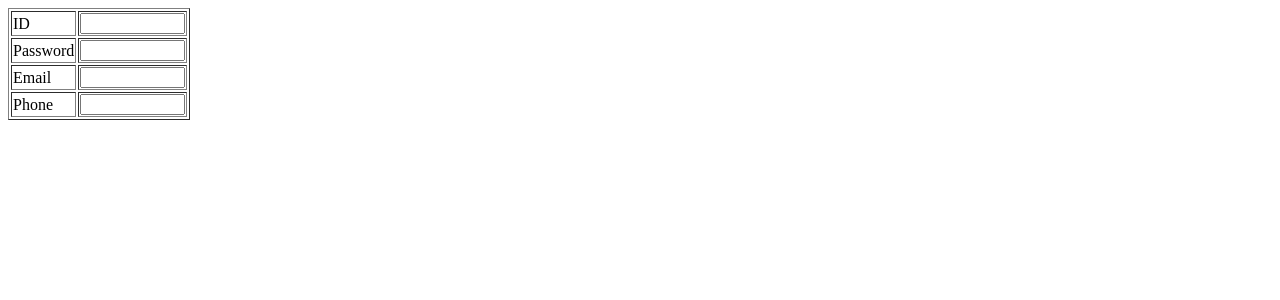
Repository: GoodPineApple/MulcamSpringWorkspace
Page: http://localhost/SpringDay13_MVC/join_form.jsp
These files come from the project's save history. The page is drawn as it stood at one moment and after the next save; the edit follows.
The browser window is 1280 px wide. The pictures show the whole page.
The page is served by Tomcat 9. Nobody is signed in. The application's start-up code is not run.

Above is the page before, as saved 2016-12-21 02:42:19.

After the next save:
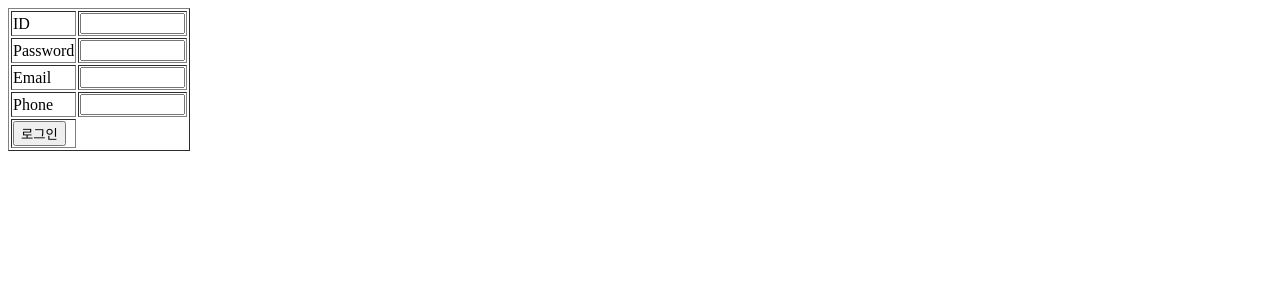
Saved 93 s later.
--- a/SpringDay13_MVC/WebContent/join_form.jsp
+++ b/SpringDay13_MVC/WebContent/join_form.jsp
@@ -25,6 +25,11 @@
 			<td>Phone</td>
 			<td><input type="text" name="phone" size="10"></td>
 		</tr>
+		<tr>
+			<td>
+				<input type="submit" value="로그인">
+			</td>
+		</tr>
 	</table>
 </form>
 </body>
